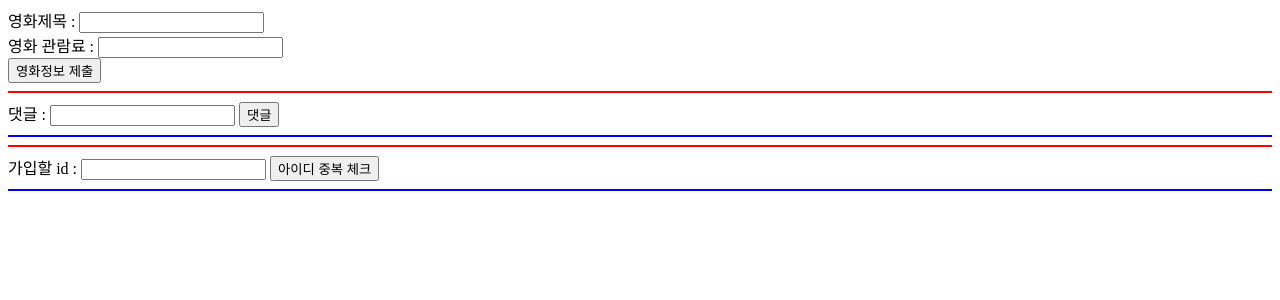
Repository: songhyeonjun/java
Page: http://localhost/spring05/ajax4.jsp
The author's editor kept a copy of each file at every save. The page is drawn from the files as they stood at one save, then again after the next save.
The browser window is 1280 px wide. The pictures show the whole page.
The page is served by Tomcat 9.

Above is the page before, as saved 2022-02-18 05:10:25.

After the next save:
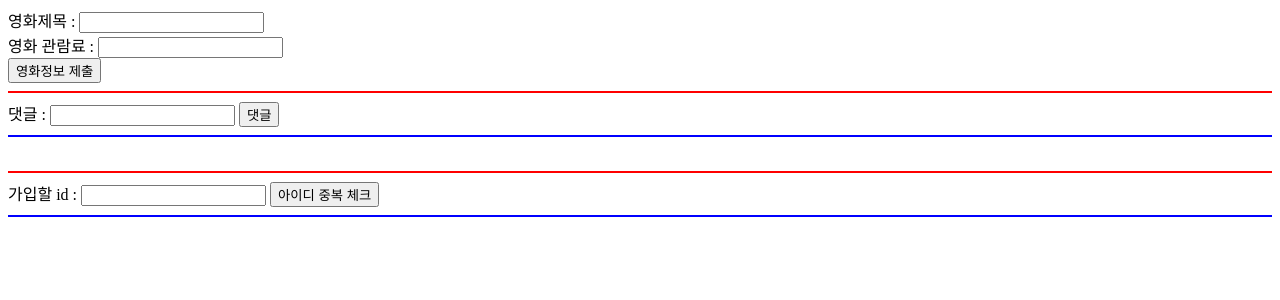
Saved 17 s later.
--- a/spring05/src/main/webapp/ajax4.jsp
+++ b/spring05/src/main/webapp/ajax4.jsp
@@ -70,7 +70,7 @@ $(function() { // dom(document object model)
 	댓글 : <input type="text" name="reply" id="reply">
 	<button id="b2">댓글</button>
 	<hr color="blue">
-	<div id="d1"></div>
+	<div id="d1"></div><br>
 
 	<hr color="red">
 	가입할 id : <input type="text" id="id">
